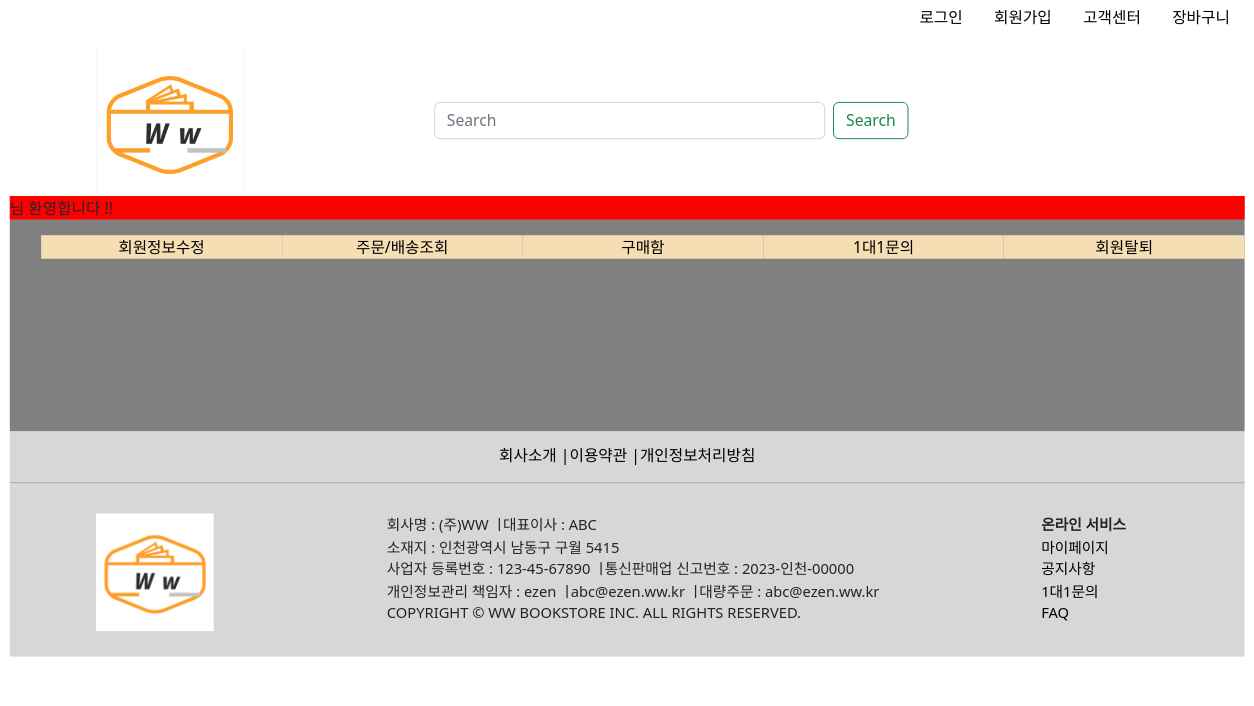
Repository: leehyeonung/project6
Page: http://localhost/book/WEB-INF/views/member/memberMypage.jsp
These files come from the project's save history. The page is drawn as it stood at one moment and after the next save; the edit follows.
The browser window is 1280 px wide. The pictures show the whole page, at 98% of full size.
The page is served by Tomcat 9. Nobody is signed in. The template is opened directly, without the code that normally fills it, so the values that code supplies are empty.

Above is the page before, as saved 2023-01-06 03:41:51.

After the next save:
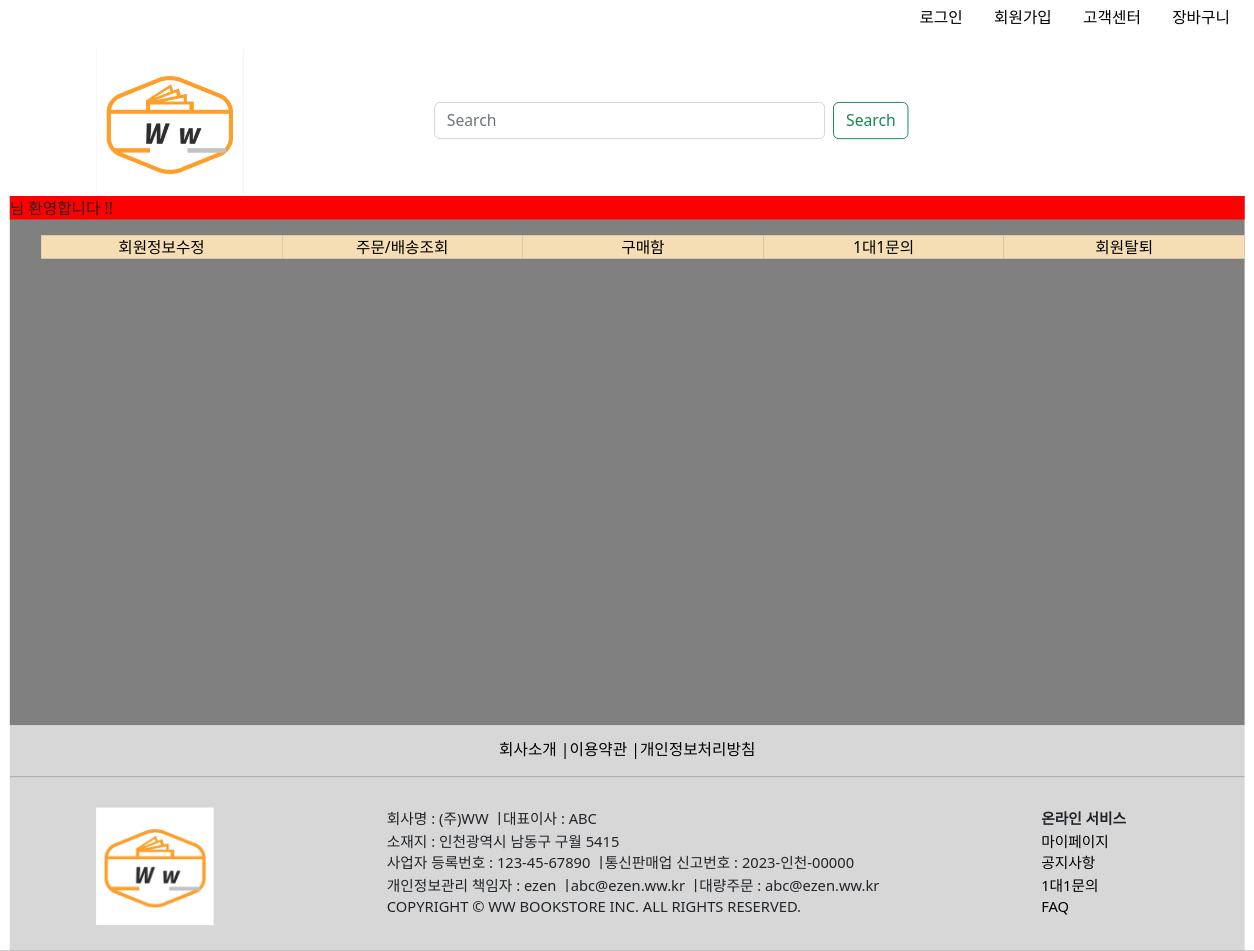
Saved 23 s later.
--- a/book/src/main/webapp/resources/css/mypage.css
+++ b/book/src/main/webapp/resources/css/mypage.css
@@ -12,7 +12,7 @@
 
 .select{
 	width:1260px;
-	height:200px;
+	height:500px;
 }
 
 .id{
